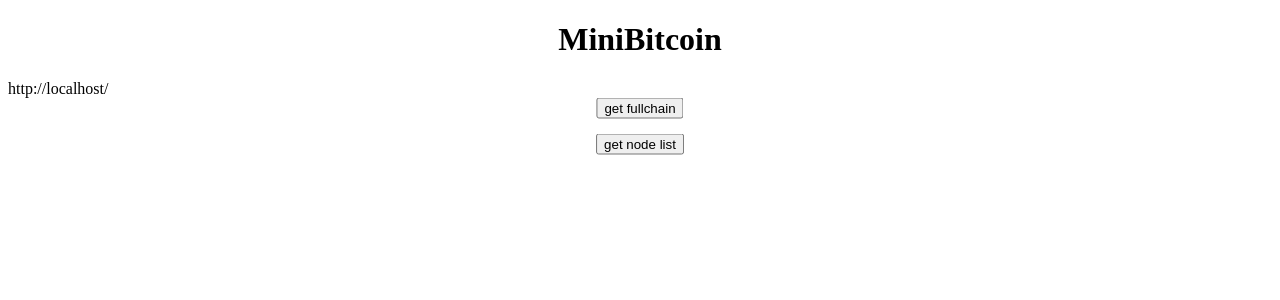
Repository: lam4562311/Minibitcoin
Page: http://localhost/
An editor plug-in stored every save of this project. The page is shown before and after the next save, followed by the edit.
The browser window is 1280 px wide. The pictures show the whole page.
Some web libraries are served in a nearby version. The page is served by the project's application, run on Flask 3 (bitcoin-5003.py).

Above is the page before, as saved 2022-04-08 23:06:34.

After the next save:
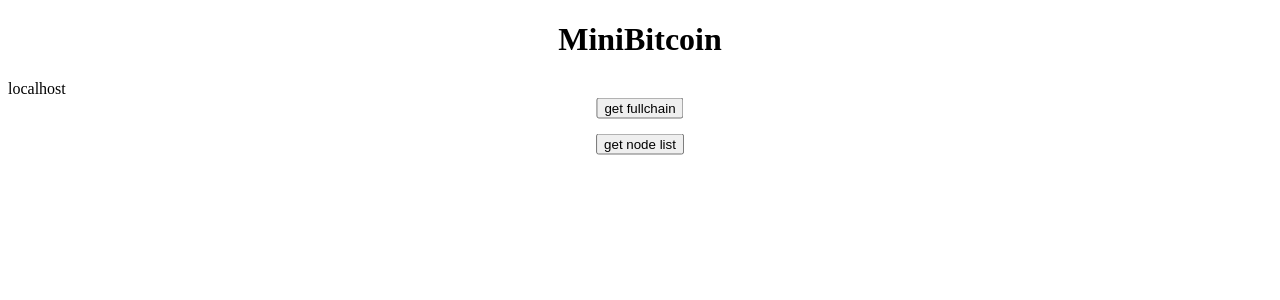
Saved 32 s later.
--- a/static/index.js
+++ b/static/index.js
@@ -5,8 +5,8 @@ let full_chain_span = document.querySelector("#fullchain_span")
 let full_node_span = document.querySelector("#node_list_span")
 let querystring_span = document.querySelector("#queryString")
 
-querystring = window.location.href;
-// console.log(querystring);
+querystring = window.location.hostname;
+
 querystring_span.innerHTML = querystring;
 function get_full_chain(){
     $.ajax({
